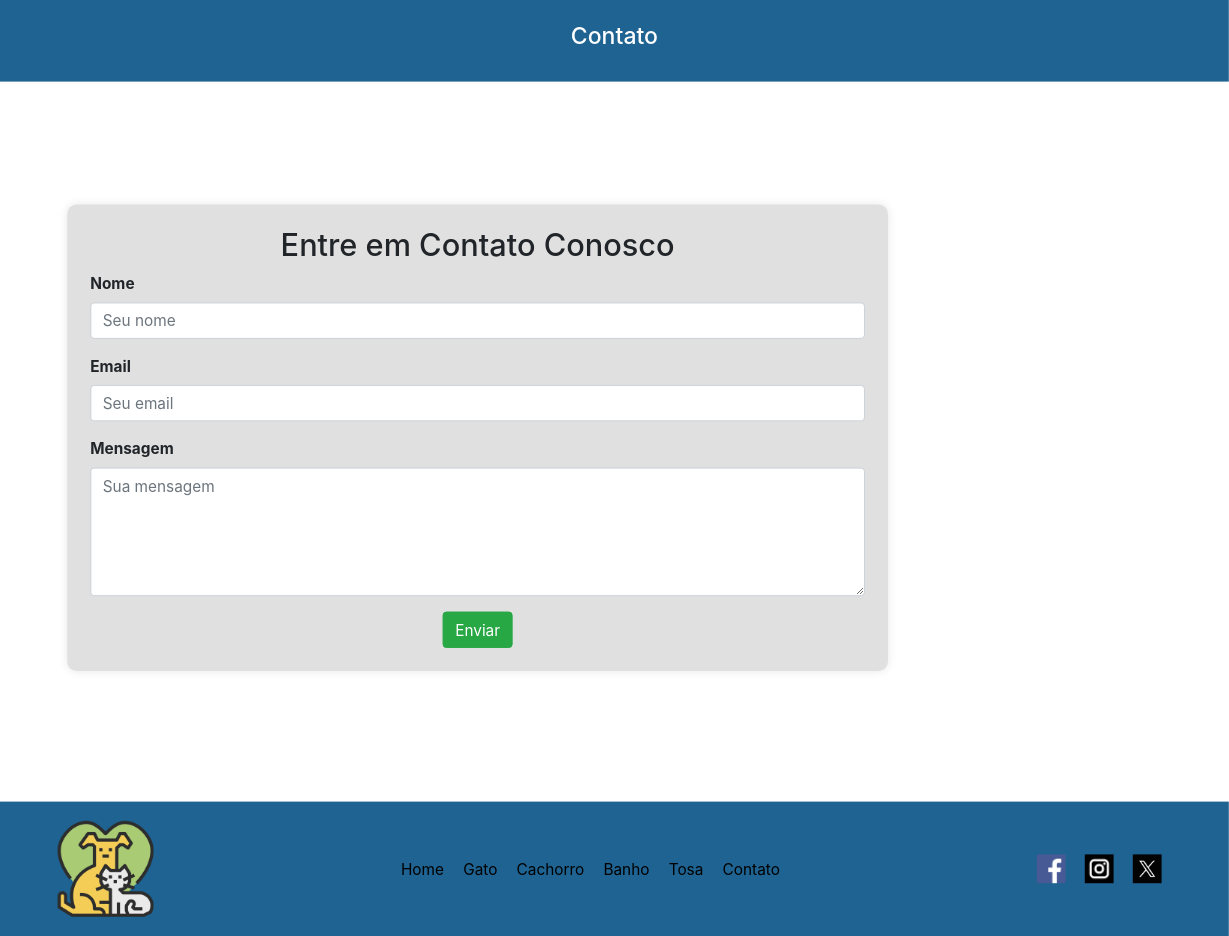
Repository: graeff01/petshop-project
Page: contato.html
These files come from the project's save history. The page is drawn as it stood at one moment and after the next save; the edit follows.
The browser window is 1280 px wide. The pictures show the whole page, at 96% of full size.

Above is the page before, as saved 2024-09-18 11:48:18.

### contato.html
<!DOCTYPE html>
<html lang="en">
<head>
    <meta charset="UTF-8">
    <meta name="viewport" content="width=device-width, initial-scale=1.0">
    <title>PetShop - Contato</title>
    <link rel="stylesheet" href="css/ctt.css">
    <link href="https://maxcdn.bootstrapcdn.com/bootstrap/4.5.2/css/bootstrap.min.css" rel="stylesheet">
</head>
<body>
    <header class="blue-background text-center p-4">
        <h1>Contato</h1>
    </header>
    <div class="container mt-5">
        <div class="row">
            <section class="col-md-9 p-4 form-section">
                <h2 class="text-center">Entre em Contato Conosco</h2>
                <form>
                    <div class="form-group">
                        <label for="contact-name">Nome</label>
                        <input type="text" class="form-control" id="contact-name" placeholder="Seu nome">
                    </div>
                    <div class="form-group">
                        <label for="contact-email">Email</label>
                        <input type="email" class="form-control" id="contact-email" placeholder="Seu email">
                    </div>
                    <div class="form-group">
                        <label for="contact-message">Mensagem</label>
                        <textarea class="form-control" id="contact-message" rows="5" placeholder="Sua mensagem"></textarea>
                    </div>
                    <div class="text-center">
                        <button type="submit" class="btn btn-success">Enviar</button>
                    </div>
                </form>
            </section>
        </div>
    </div>
    <footer class="footer mt-5">
        <div class="footer-container">
            <div class="footer-left">
                <img src="img/logo.png" alt="PetShop Logo" class="footer-logo">
            </div>
            <div class="footer-center">
                <ul class="footer-links">
                    <li><a href="/index.html">Home</a></li>
                    <li><a href="/gato.html">Gato</a></li>
                    <li><a href="/dog.html">Cachorro</a></li>
                    <li><a href="/banho.html">Banho</a></li>
                    <li><a href="/tosa.html">Tosa</a></li>
                    <li><a href="/contato.html">Contato</a></li>
                </ul>
            </div>
            <div class="footer-right">
                <div class="social-icons">
                    <a href="#"><img src="img/face.png" alt="Facebook"></a>
                    <a href="#"><img src="img/insta.png" alt="Instagram"></a>
                    <a href="#"><img src="img/x.png" alt="Twitter"></a>
                </div>
            </div>
        </div>
    </footer>
    <script src="https://code.jquery.com/jquery-3.5.1.slim.min.js"></script>
    <script src="https://cdn.jsdelivr.net/npm/@popperjs/core@2.9.2/dist/umd/popper.min.js"></script>
    <script src="https://maxcdn.bootstrapcdn.com/bootstrap/4.5.2/js/bootstrap.min.js"></script>
</body>
</html>

### css/ctt.css
body {
    font-family: Arial, sans-serif;
    margin: 0;
    padding: 0;
}

header.blue-background {
    background-color: #1e6391;
    color: white;
    padding: 10px 0;
    text-align: center;
    width: 100%;
    box-sizing: border-box;
    margin-bottom: 15px;
}

header.blue-background h1 {
    font-size: 24px;
}

.container {
    max-width: 1200px;
    margin: 0 auto;
}

.bg-blue {
    background-color: #2368b3;
    color: white;
    height: 100vh; /* Altura total da tela */
}

.sidebar {
    padding: 20px;
    height: 100%;
}

.profile-icon {
    width: 100px;
    height: 100px;
    border-radius: 50%;
}

.form-section {
    margin-top: 80px;
    margin-bottom: 88px;
    flex: 1;
    padding: 20px;
    background-color: #0000001f;
    border-radius: 10px;
    box-shadow: 0 0 10px rgba(0, 0, 0, 0.1);
}

.form-group label {
    font-weight: bold;
}

.form-group input,
.form-group textarea {
    margin-bottom: 15px;
}

.footer {

    background-color: #1e6391;
    padding: 20px 0;
    color: white;
    text-align: center;
    width: 100%;
}

.footer-container {
    display: flex;
    justify-content: space-between;
    align-items: center;
    max-width: 1200px;
    margin: 0 auto;
    padding: 0 20px;
    box-sizing: border-box;
}

.footer-left img {
    width: 100px;
}

.footer-center {
    flex: 0;
}

.footer-links {
    list-style-type: none;
    padding: 0;
    margin: 0;
    display: flex;
    justify-content: center;
}

.footer-links li {
    margin: 0 10px;
}

.footer-links a {
    color: rgb(0, 0, 0);
    text-decoration: none;
    font-size: 16px;
}

.footer-links a:hover {
    text-decoration: underline;
}

.footer-right .social-icons {
    display: flex;
    justify-content: center;
}

.footer-right .social-icons a {
    margin: 0 10px;
}

.footer-right .social-icons img {
    width: 30px;
    height: 30px;
}

After the next save:
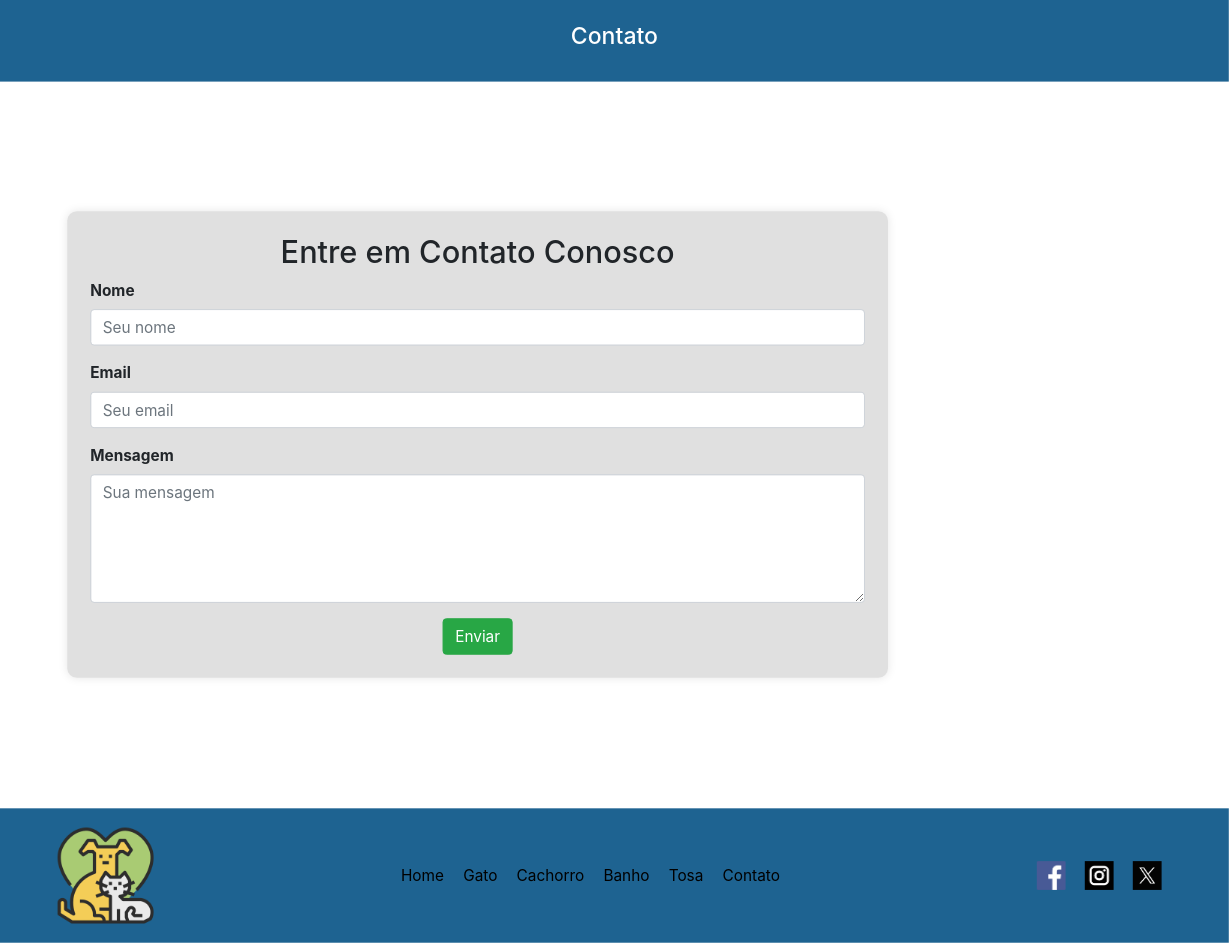
Saved 5 s later.
--- a/css/ctt.css
+++ b/css/ctt.css
@@ -11,7 +11,7 @@ header.blue-background {
     text-align: center;
     width: 100%;
     box-sizing: border-box;
-    margin-bottom: 15px;
+    margin-bottom: 55px;
 }
 
 header.blue-background h1 {
